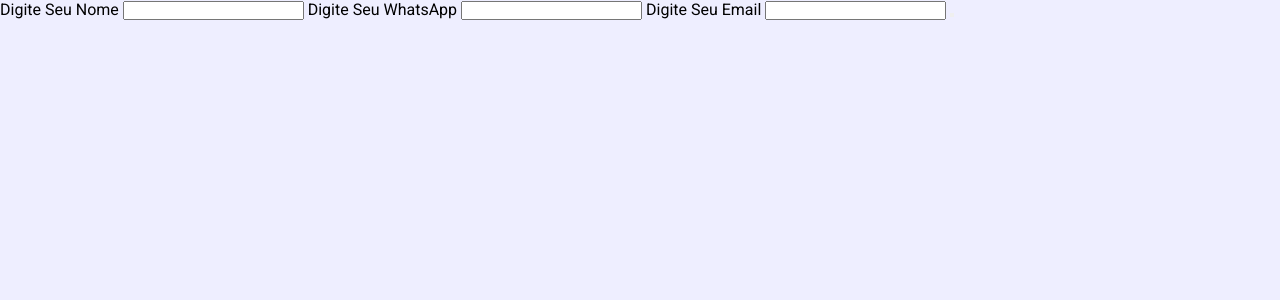
Repository: king-barbearia/king-barbearia-agendamento
Page: cadastro.html
The author's editor kept a copy of each file at every save. The page is drawn from the files as they stood at one save, then again after the next save.
The browser window is 1280 px wide. The pictures show the whole page.

Above is the page before, as saved 2024-07-16 12:05:22.
Console error: TypeError: Cannot read properties of null (reading 'addEventListener')

### cadastro.html
<!DOCTYPE html>
<html lang="pt-br">
  <head>
    <meta charset="UTF-8" />
    <meta name="viewport" content="width=device-width, initial-scale=1.0" />
    <link rel="stylesheet" href="./style.css" />
    <link rel="preconnect" href="https://fonts.googleapis.com" />
    <link rel="preconnect" href="https://fonts.gstatic.com" crossorigin />
    <link
      href="https://fonts.googleapis.com/css2?family=Roboto:ital,wght@0,100;0,300;0,400;0,500;0,700;0,900;1,100;1,300;1,400;1,500;1,700&display=swap"
      rel="stylesheet"
    />
    <title>Cadastro De Usuarios</title>
  </head>
  <body>
		<div class="cadastro">
			<span>Digite Seu Nome</span>
			<input type="text" class="nome">
			<span>Digite Seu WhatsApp</span>
			<input type="text" class="whatsapp">
			<span>Digite Seu Email</span>
			<input type="text" class="email">
			<button class="confirmar-cds"></button>

		</div>
    <script src="./script.js"></script>
  </body>
</html>

### style.css
:root {
  --main-font: "Roboto", sans-serif;
  --cor--cinza: #bdbdbd;
  --cor--cinza-escuro: #232323;
}

* {
  margin: 0;
  padding: 0;
  box-sizing: border-box;
}

body {
  margin: 0;
  padding: 0;
  width: 100%;
  min-height: 100vh;
  font-family: var(--main-font);
  background-color: rgb(238, 238, 255);
  overflow-x: hidden;
}

header {
  background-color: var(--cor--cinza);
  width: 100%;
  height: 32vh;
  box-sizing: border-box;
  position: relative;
}

.header-image {
  width: 18%;
  height: 30vh;
  position: absolute;
  margin-top: 3px;
  background-size: cover;
  background-position: center;
  background-repeat: no-repeat;
  background-color: var(--cor--cinza);
}

#name h1 {
  margin: 60px;
  font-weight: 400;
}

#name p {
  margin: 60px;
  color: var(--cor--cinza-escuro);
  margin-top: -35px;
}

#midiasocial {
  float: right;
  position: relative;
  margin-right: 750px;
  margin-top: -80px;
}

#midiasocial img {
  width: 30px;
  margin-right: 30px;
}

.menu {
  background-color: var(--cor--cinza-escuro);
  padding: 10px 0;
}

nav {
  display: flex;
  justify-content: space-between;
  align-items: center;
  padding: 0 20px;
}

.nav-list {
  list-style: none;
  display: flex;
  margin-right: auto;
  position: relative;
}

.nav-list li {
  margin-left: 20px;
  position: relative;
}

.nav-list li a {
  text-decoration: none;
  color: white;
  font-weight: 300;
  transition: color 0.3s;
  padding-bottom: 5px;
}

.nav-list li a:hover,
.nav-list li a.active {
  color: #f4f4f4;
}

.nav-list li a.active::after {
  content: "";
  display: block;
  width: 100%;
  height: 2px;
  background-color: #f4f4f4;
  position: absolute;
  bottom: 0;
  left: 0;
}

/* .boxpesquisa {
          background-color: #bdbdbd65;
          width: 320px;
          height: 30px;
          position: fixed;
          margin-top: 90px;
          margin-left: 16px;
          border-radius: 8px;
          background-image: url("./images/lupa.png");
          background-size: 20px 20px;
          background-repeat: no-repeat;
          background-position: 10px;
          text-align: center;
        } */

#services {
  margin: 70px 38px;
}

#services h2 {
  margin-top: 25px;
  font-size: 15px;
}

#services span {
  font-size: 15px;
}

#agendar {
  margin: -35px 220px;
}

#agendar button {
  margin: 0px -20px;
  position: absolute;
  width: 75px;
  height: 30px;
  border-radius: 8px;
  background-color: var(--cor--cinza);
  font-weight: 900;
  color: var(--cor--cinza-escuro);
}

#valor {
  text-align: right;
}

#tempo {
  margin: 17px 36px;
  font-size: 12px;
}

.submenu {
  display: none;
  list-style-type: none;
  padding-left: 20px;
}

.submenu li {
  margin-bottom: 5px;
}

.nav-item.active {
  font-weight: bold;
}

#corte {
  padding-bottom: 40px;
}

#barba {
  padding-bottom: 30px;
}

#pezinho {
  padding-bottom: 30px;
}

#cortebarba {
  padding-bottom: 30px;
}

#cortesobrancelha {
  padding-bottom: 30px;
}

.image-container {
  display: flex;
  flex-direction: column;
  align-items: center;
  justify-content: center;
}

.image-container div {
  margin-bottom: 25px;
}

#portfolio {
  text-align: center;
  margin-top: 25px;
  line-height: 5;
}

#foto1 img,
#foto2 img,
#foto3 img,
#foto4 img,
#foto5 img,
#foto6 img {
  width: 700px;
  height: 500px;
  border-radius: 8px;
}

/* animação do icone curtir */
.icon {
  cursor: pointer;
}

.icon.active {
  filter: invert(39%) sepia(98%) saturate(3567%) hue-rotate(323deg)
    brightness(102%) contrast(101%);
}

#evaluation {
  h1 {
    margin-left: 80px;
    margin-top: 25px;
    font-size: 45px;
  }
  .estrela {
    width: 20px;
  }
  span {
    margin-left: 61px;
  }
}

#avaliacao {
  margin-left: 53px;
}

#nota {
  display: grid;
  margin-left: 180px;
  margin-top: -95px;
}

.estrelanota {
  width: 15px;
  position: absolute;
  margin: 2px 5px;
}

.status-bar {
  width: 250px;
  background-color: #f3f3f3;
  border: 1px solid #ccc;
  position: relative;
  height: 10px;
  margin-top: 9.5px;
  border-radius: 10px;
}

.status-star {
  margin-top: -99px;
  margin-left: 95px;
}

.status-bar-fill {
  height: 100%;
  background-color: #f54905;
  width: 0;
  transition: width 0.5s;
}

#detalhes {
  margin-bottom: 35px;
}

#map {
  height: 300px; /* Altura do mapa */
  width: 100%; /* Largura do mapa */
  z-index: 0;
}

#navigate-button {
  margin-top: -150px;
  margin-left: 540px;
  height: 10vh;
  padding: 10px 20px;
  background-color: rgba(255, 255, 255, 0.932);
  color: var(--cor--cinza-escuro);
  border: none;
  cursor: pointer;
  font-size: 16px;
  position: absolute;
  z-index: 1;
  width: 400px;
  border-radius: 10px;
  h1 {
    font-size: 15px;
    margin-left: -152px;
    margin-top: -53px;
  }

  span {
    font-size: 11px;
    margin-left: -6px;
  }
}

#iconnavegar {
  position: absolute;
  margin-left: 33px;
  margin-top: -9px;
}

#logobt {
  width: 60px;
  margin-left: -345px;
  margin-top: -17px;
}

.vertical-line {
  width: 1px;
  height: 50px;
  background-color: var(--cor--cinza-escuro);
  margin: -40px 320px;
  position: absolute;
}

.horizontal-line {
  border: none;
  height: 1px;
  background-color: var(--cor--cinza);
  width: 70%;
  margin: 15px auto; /* Centraliza a linha horizontal */
}

#horarios {
  h1 {
    text-align: center;
    font-size: 20px;
    margin-top: 20px;
    color: var(--cor--cinza-escuro);
  }
  a {
    text-decoration: none;
    color: var(--cor--cinza-escuro);
  }
}

#whatsapp {
  position: absolute;
  margin: -1px 20px;
}

.funcionamento {
  margin-left: 200px;
  line-height: 2;
}

#horas {
  margin: -30px 290px;
  position: absolute;
}

footer {
  position: fixed;
  bottom: 0;
  left: 0;
  width: 100%;
  background-color: var(--cor--cinza-escuro);
  text-align: center;
  padding: 10px 0;
  margin-top: 50px;
  z-index: 3;
}

#scheduleModal {
  margin: 40px 220px;
  h2 {
    color: var(--cor--cinza-escuro);
  }
}

span.close {
  color: var(--cor--cinza-escuro);
  margin: -40px;
  font-size: 35px;
}

#scheduleForm {
  display: grid;
  width: 250px;
  text-align: center;
  input {
    border-radius: 4px;
    text-align: center;
    margin-bottom: 14px;
    height: 30px;
    font-weight: 600;
    border: 2px solid var(--cor--cinza-escuro); /* Define a cor da borda */
    background-color: var(--cor--cinza);
    color: var(--cor--cinza-escuro);
  }
  placeholder {
    color: var(--cor--cinza-escuro);
  }
  select {
    border-radius: 4px;
    text-align: center;
    height: 30px;
    background-color: var(--cor--cinza);
    color: var(--cor--cinza-escuro);
    font-weight: 600;
    border: 2px solid var(--cor--cinza-escuro); /* Define a cor da borda */
    margin-bottom: 8px;
  }
  button {
    height: 30px;
    border-radius: 4px;
    background-color: var(--cor--cinza-escuro);
    color: var(--cor--cinza);
    font-weight: 600;
    border: 2px solid var(--cor--cinza); /* Define a cor da borda */
  }
}

/* Media Queries para responsividade */
@media (max-width: 768px) {
}

@media (max-width: 480px) {
}

.booking {
  border: 1px solid #ccc;
  padding: 10px;
  margin-bottom: 10px;
}

### script.js
// Função para exibir ou ocultar seções
function toggleSection(event, sectionId) {
  event.preventDefault();
  const sections = [
    "services",
    "portfolio",
    "evaluation",
    "detalhes",
    "agenda",
  ]; // IDs de todas as seções

  sections.forEach((id) => {
    const section = document.getElementById(id);
    if (sectionId !== id) {
      section.style.display = "none";
    } else {
      const selectedSection = document.getElementById(sectionId);
      selectedSection.style.display =
        selectedSection.style.display === "none" ? "block" : "none";
    }
  });
}

// Função para inicializar o mapa
function initMap() {
  // Coordenadas de exemplo (São Paulo, Brasil)
  const location = [-23.612242436593856, -46.594654991394556];

  // Verificar se o contêiner do mapa está visível
  const mapContainer = document.getElementById("map");
  if (
    mapContainer.style.display === "none" ||
    mapContainer.offsetWidth === 0 ||
    mapContainer.offsetHeight === 0
  ) {
    // Aguardar até que o contêiner do mapa esteja visível
    setTimeout(initMap, 100);
    return;
  }

  // Inicializar o mapa
  const map = L.map("map").setView(location, 13);

  // Adicionar camada de mapa do OpenStreetMap
  L.tileLayer("https://{s}.tile.openstreetmap.org/{z}/{x}/{y}.png", {
    attribution:
      '&copy; <a href="https://www.openstreetmap.org/export#map=19/-23.61312/-46.59401">OpenStreetMap</a> contributors',
  }).addTo(map);

  // Adicionar um marcador na localização
  L.marker(location).addTo(map).bindPopup("São Paulo, Brasil").openPopup();
}

// Evento de clique no botão de navegação
document
  .getElementById("navigate-button")
  .addEventListener("click", function () {
    const lat = -23.612242436593856; // Latitude de destino
    const lng = -46.594654991394556; // Longitude de destino
    window.open(
      `https://www.google.com/maps/dir/?api=1&destination=${lat},${lng}`,
      "_blank"
    );
  });

// Evento de clique no botão "curtir"
document.getElementById("curtir").addEventListener("click", function () {
  if (this.src.includes("coracao.png")) {
    this.src = "./images/coracaopreenchido.png";
  } else {
    this.src = "./images/coracao.png";
  }
});

// Seleciona todos os botões de agendamento
const agendarButtons = document.querySelectorAll("#agendar-btn");

// Adiciona um evento de clique para cada botão de agendamento
agendarButtons.forEach((button) => {
  button.addEventListener("click", function (event) {
    // Evita o comportamento padrão do botão (enviar formulário)
    event.preventDefault();

    // Obtém os dados do serviço, valor e tempo da mesma div do botão clicado
    const service = button.getAttribute("data-servico"); // Obtém o valor do data-servico
    const value = button.parentNode.querySelector("#valor").textContent.trim();
    const duration = button.parentNode
      .querySelector("#tempo")
      .textContent.trim(); // Renomeado para duration

    // Fecha o elemento de serviços
    document.getElementById("services").style.display = "none";

    // Preenche o modal com os dados do serviço selecionado
    document.querySelector("#scheduleModal").style.display = "block";
    document.querySelector('#scheduleForm input[type="text"]').value = ""; // Limpa os campos de texto (nome e whatsapp)
    document.querySelector("#barber").selectedIndex = 0; // Reseta o dropdown de barbeiros
    document.querySelector("#date").value = ""; // Limpa o campo de data
    document.querySelector("#time").value = ""; // Limpa o campo de horário

    // Preenche os campos ocultos no formulário com os dados do serviço selecionado
    document.querySelector('#scheduleForm input[name="service"]').value =
      service;
    document.querySelector('#scheduleForm input[name="valueservice"]').value =
      value; // Renomeado para valueservice
    document.querySelector('#scheduleForm input[name="duration"]').value =
      duration; // Envia duration ao invés de time
  });
});

// Função para fechar o modal de agendamento
function closeModal() {
  document.querySelector("#scheduleModal").style.display = "none";
  // Reabre o elemento de serviços quando o modal é fechado
  document.getElementById("services").style.display = "block";
}

// Evento de clique no ícone do menu mobile para exibir/ocultar o menu
const mobileMenu = document.getElementById("mobile-menu");
const navList = document.querySelector(".nav-list");
const navLinks = document.querySelectorAll(".nav-list li a");

mobileMenu.addEventListener("click", () => {
  navList.classList.toggle("active");
});

// Evento de clique nos links do menu para marcar o link ativo
navLinks.forEach((link) => {
  link.addEventListener("click", () => {
    navLinks.forEach((nav) => nav.classList.remove("active"));
    link.classList.add("active");
  });
});

// Inicializar o mapa assim que o documento estiver pronto
document.addEventListener("DOMContentLoaded", function () {
  initMap();
});

// Função para enviar os dados do formulário para a rota Flask
let isSubmitting = false;

function submitForm(event) {
  event.preventDefault();

  if (isSubmitting) return;

  isSubmitting = true;

  const form = document.getElementById("scheduleForm");
  const formData = new FormData(form);

  fetch("http://127.0.0.1:8000/schedule", {
    method: "POST",
    body: JSON.stringify(Object.fromEntries(formData.entries())), // Converte FormData para objeto JSON
    headers: {
      "Content-Type": "application/json",
    },
  })
    .then((response) => response.json())
    .then((data) => {
      console.log("Booking confirmed:", data.message);
      // Aqui você pode adicionar lógica adicional após o agendamento ser confirmado
      closeModal(); // Fecha o modal após o agendamento ser confirmado
      isSubmitting = false; // Reseta o flag de submissão
    })
    .catch((error) => {
      console.error("Error:", error);
      // Aqui você pode tratar erros de requisição, se necessário
      isSubmitting = false; // Reseta o flag de submissão
    });
}

// Adiciona um evento de submit para o formulário
document.getElementById("scheduleForm").addEventListener("submit", submitForm);

//consultar dados agenda
function fetchBookings() {
  fetch("http://127.0.0.1:8000/bookings")
    .then((response) => response.json())
    .then((data) => {
      const bookingsDiv = document.getElementById("bookings");
      bookingsDiv.innerHTML = "";

      data.forEach((booking) => {
        const bookingDiv = document.createElement("div");
        bookingDiv.classList.add("booking");
        bookingDiv.innerHTML = `
              <p><strong>Nome:</strong> ${booking.name}</p>
              <p><strong>Telefone:</strong> ${booking.phone}</p>
              <p><strong>Serviço:</strong> ${booking.service}</p>
              <p><strong>Barbeiro:</strong> ${booking.barber}</p>
              <p><strong>Data:</strong> ${booking.date}</p>
              <p><strong>Hora:</strong> ${booking.time}</p>
              <p><strong>Duração:</strong> ${booking.duration}</p>
              <p><strong>Valor:</strong> ${booking.valueservice}</p>
            `;
        bookingsDiv.appendChild(bookingDiv);
      });

      document.getElementById("agenda").style.display = "block";
    })
    .catch((error) => {
      console.error("Erro ao buscar agendamentos:", error);
    });
}

After the next save:
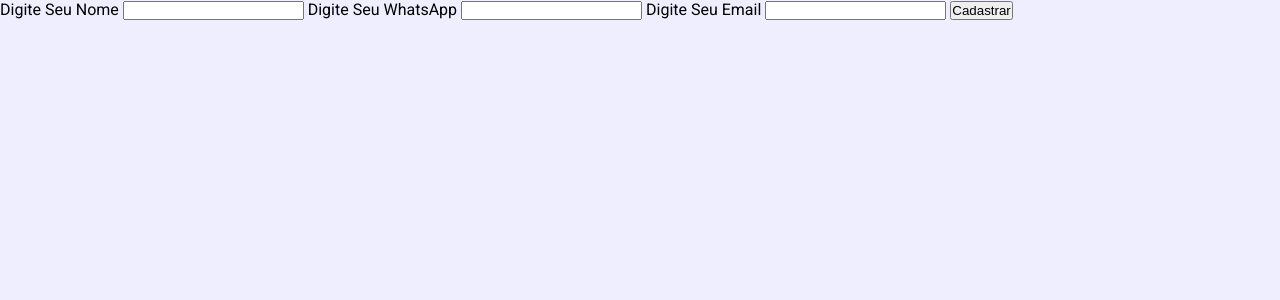
Saved 7 s later.
--- a/cadastro.html
+++ b/cadastro.html
@@ -20,7 +20,7 @@
 			<input type="text" class="whatsapp">
 			<span>Digite Seu Email</span>
 			<input type="text" class="email">
-			<button class="confirmar-cds"></button>
+			<button class="confirmar-cds">Cadastrar</button>
 
 		</div>
     <script src="./script.js"></script>
